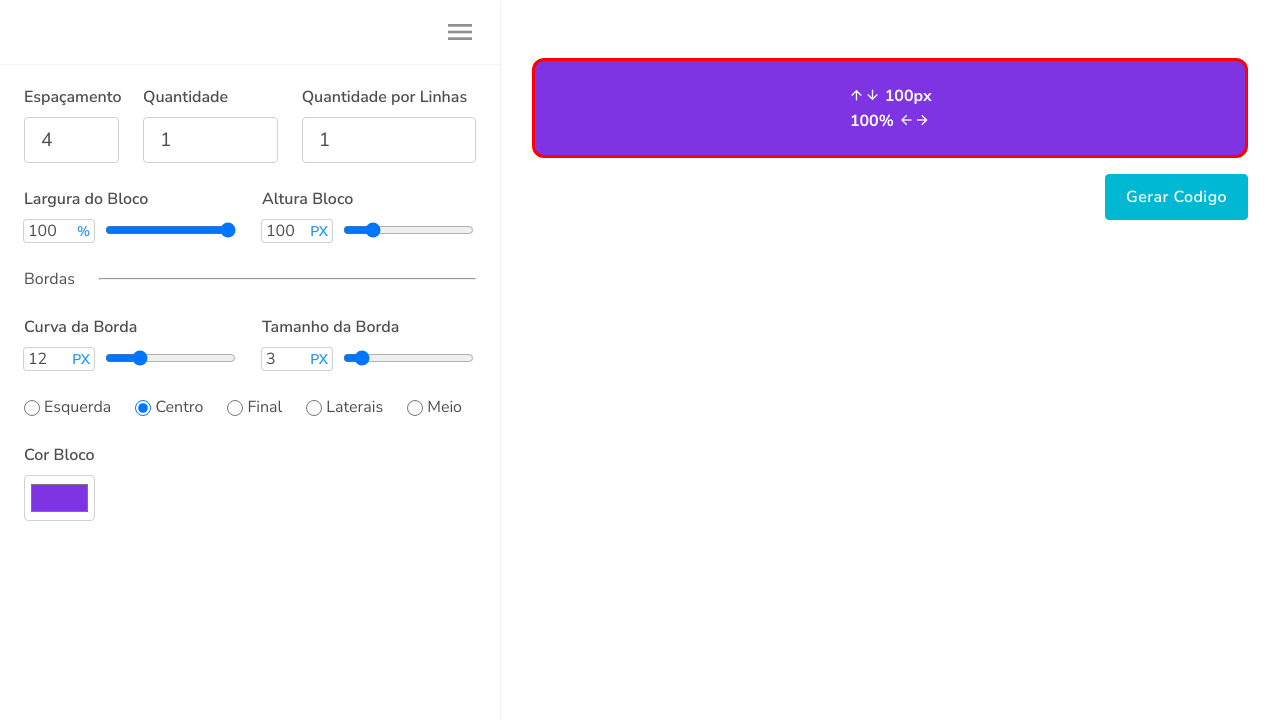
Repository: Flintdl/lowcode-elements
Page: /
An editor plug-in stored every save of this project. The page is shown before and after the next save, followed by the edit.
The browser window is 1280 px wide. The pictures show the whole page.
The project was rebuilt for these pictures with package versions that can differ from the ones it lists, and the page was loaded fresh each time. Also part of the build but not shown: vue.config.js.

Above is the page before, as saved 2022-04-05 14:48:31.

### src/components/Menu/MenuTemplate.vue
<template>
  <div>
    <div
      class="ham burger-link-mobile sf-display-flex sf-display-md-none"
      @click="menu"
    >
      <i class="mdi mdi-menu sf-text-xlg sf-text-muted sf-dropdown-action"></i>
    </div>
    <nav class="sf-menu">
      <div class="sf-menu-header">
        <div
          @click="menu"
          class="hamburger-link sf-display-none sf-display-md-block"
        >
          <i
            class="mdi mdi-menu sf-text-xlg sf-text-muted sf-dropdown-action"
          ></i>
        </div>
      </div>
      <div class="sf-menu-body">
        <ul class="sf-menu-ul">
          <li class="sf-menu-li sf-px-4">
            <div class="sf-row">
              <InputGapTemplate
                :valorInput="inputGap"
                v-on:callback="getValorCampo"
              />
              <InputQuantidadeTemplate
                :valorInput="inputQuantidade"
                v-on:callback="getValorCampoQuantidade"
              />
              <InputQuantLinhasTemplate
                :valorInput="inputQuantidadeLinha"
                v-on:callback="getValorCampoQuantidadeLinha"
              />
              <InputLarguraBloco
                :valorInput="inputRange"
                v-on:callback="getValorLarguraBloco"
              />
              <InputAlturaBloco
                :valorInput="valorHeight"
                v-on:callback="getValorAlturaBloco"
              />
            </div>
            <div class="sf-row">
              <div class="sf-col-12 sf-form-group">
                <span class="sf-display-flex sf-align-items-center">
                  Bordas
                  <hr class="sf-width-100 sf-ml-4" />
                </span>
              </div>
              <InputBorderRadiusBloco
                :valorInput="inputBorderRadius"
                v-on:callback="getValorRadiusBloco"
              />
              <InputBorderBloco
                :valorInput="inputBorder"
                v-on:callback="getValorBorderBloco"
              />
            </div>

            <InputPosicaoBloco
              :valorInput="checkValue"
              v-on:callback="getValorPosicaoBloco"
            />
            <div class="sf-row">
              <div class="sf-col-auto sf-form-group">
                <label class="sf-label">Cor Bloco</label>
                <input
                  type="color"
                  id="inputColor"
                  v-model="inputColor"
                  class="sf-p-1 sf-text-capitalize"
                  placeholder="Quantidade de Blocos"
                />
              </div>
            </div>
          </li>
        </ul>
      </div>
    </nav>
    <div class="sf-content-page">
      <HomeView
        :valor="inputRange"
        :inputGap="inputGap"
        :valorHeight="valorHeight"
        :quantidade="parseInt(inputQuantidade)"
        :quantidadeLinha="inputQuantidadeLinha"
        :inputBorderRadius="inputBorderRadius"
        :checkValue="checkValue"
        :inputColor="inputColor"
        :inputBorder="inputBorder"
      />
    </div>
    <div class="ga-mascara-fundo" @click="mask"></div>
  </div>
</template>

<script>
import HomeView from "@/views/HomeView.vue";
import InputGapTemplate from "@/components/templates/InputGapTemplate.vue";
import InputQuantidadeTemplate from "@/components/templates/InputQuantidadeTemplate.vue";
import InputQuantLinhasTemplate from "@/components/templates/InputQuantLinhasTemplate.vue";
import InputLarguraBloco from "@/components/templates/InputLarguraBloco.vue";
import InputAlturaBloco from "@/components/templates/InputAlturaBloco.vue";
import InputBorderRadiusBloco from "@/components/templates/InputBorderRadiusBloco.vue";
import InputBorderBloco from "@/components/templates/InputBorderBloco.vue";
import InputPosicaoBloco from "@/components/templates/InputPosicaoBloco.vue";
import image from "@/assets/logo-soften.webp";

export default {
  name: "MenuTemplate",
  data: function () {
    return {
      inputQuantidade: (this.inputQuantidade = "1"),
      inputQuantidadeLinha: (this.inputQuantidadeLinha = "1"),
      inputBorderRadius: (this.inputBorderRadius = "12"),
      inputRange: (this.inputRange = "100"),
      valorHeight: (this.valorHeight = "100"),
      inputGap: (this.inputGap = "4"),
      checkValue: (this.checkValue = "center"),
      inputColor: (this.inputColor = "#7e34e3"),
      inputBorder: (this.inputBorder = "3"),
      image: image,
    };
  },
  components: {
    HomeView,
    InputGapTemplate,
    InputQuantidadeTemplate,
    InputQuantLinhasTemplate,
    InputLarguraBloco,
    InputAlturaBloco,
    InputPosicaoBloco,
    InputBorderRadiusBloco,
    InputBorderBloco,
  },
  beforeMount() {
    if (window.innerWidth >= 768) {
      if (localStorage.getItem("menu") === "fechado") {
        document.body.classList.add("menu-fechado");
      } else {
        document.body.classList.remove("menu-fechado");
      }
    }

    (function () {
      var current = window.location.pathname.split("")[0];
      if (current === "") return;
      var menuItems = document.querySelectorAll(".sf-menu-list-link");
      for (var i = 0, len = menuItems.length; i < len; i++) {
        if (menuItems[i].getAttribute("href").indexOf(current) !== -1) {
          menuItems[i].className += " active-nolink";
          menuItems[i].nextElementSibling.className += " active-nolink";
        }
      }
    })();
  },
  methods: {
    menu() {
      if (window.innerWidth >= 768) {
        document.body.classList.toggle("menu-fechado");
        if (document.body.classList.contains("menu-fechado")) {
          localStorage.setItem("menu", "fechado");
        } else {
          localStorage.removeItem("menu");
        }
      } else {
        document.body.classList.toggle("menu-mobile-aberto");
      }
    },
    mask() {
      document.body.classList.remove("menu-mobile-aberto");
    },
    getValorCampo(valor) {
      this.inputGap = valor;
    },
    getValorCampoQuantidade(valor) {
      this.inputQuantidade = valor;
    },
    getValorCampoQuantidadeLinha(valor) {
      this.inputQuantidadeLinha = valor;
    },
    getValorLarguraBloco(valor) {
      this.inputRange = valor;
    },
    getValorAlturaBloco(valor) {
      this.valorHeight = valor;
    },
    getValorRadiusBloco(valor) {
      this.inputBorderRadius = valor;
    },
    getValorBorderBloco(valor) {
      this.inputBorder = valor;
    },
    getValorPosicaoBloco(valor) {
      this.checkValue = valor;
    },
  },
};

// function dropdown(menu) {
//   var dropdowns = document.getElementsByClassName("sf-dropdown-menu");
//   var i;
//   for (i = 0; i < dropdowns.length; i++) {
//     var openDropdown = dropdowns[i];
//     if (openDropdown.classList.contains("show")) {
//       openDropdown.classList.remove("show");
//     }
//   }
//   document.querySelector(menu).classList.toggle("show");
// }
</script>

<style lang="scss">
@import "@/assets/scss/style.scss";
@import "@/assets/scss/standard.scss";
@import "@/assets/scss/menu.scss";
</style>

### src/assets/scss/_variables.scss
// Primarys Colors
$standardTextColor: #4d4d4d;

$primaryColor: #8e6dff;
$secondaryColor: #009997;
$buttonDisableColor: #9c9c9c;
$buttonDisableBgColor: #7676764d;

// Menu Colors

$bgMenuColor: #1d1d1d;
$linkMenuColor: #7b8089;
$iconMenuColor: #2a2a2a;
$borderMenuColor: #323232;

// Botão Colors

$btnPrimary: #00b8d4;
$btnPrimaryHover: #0085b0;

// Generics Colors

$whiteColor: #ffffff;
$mutedColor: #8f8f8f;
$cardColor: #f3f4f7;
$cardColorLight: #f9fafc;
$cardColorLightTwo: #f1f5fc;
$greyLight: #d1d1d1;

// Dropdown Colors

$dropdownHeaderColor: #5f5f5f;
$dropdownColor: #ebffff;

// State Colors

$successColor: #3dc661;
$dangerColor: #e7515a;
$warningColor: #e2a03f;
$infoColor: #2196f3;
$defaultColor: #172b4d;
$lightColor: #e0e0e0;

### src/components/templates/InputGapTemplate.vue
<template>
  <div class="sf-col-3 sf-form-group">
    <label class="sf-label">Espaçamento</label>
    <input
      type="number"
      min="1"
      max="12"
      value="2"
      id="inputGap"
      v-model="valor"
      class="filter-states sf-text-capitalize"
      placeholder="Quantidade de Blocos"
    />
  </div>
</template>

<script>
export default {
  props: {
    valorInput: String,
  },
  computed: {
    valor: {
      get() {
        var inp = this.valorInput;
        return inp;
      },
      set(valorInput) {
        this.$emit("callback", valorInput);
      },
    },
  },
};
</script>

<style></style>

### src/components/templates/InputQuantidadeTemplate.vue
<template>
  <div class="sf-col-4 sf-form-group">
    <label class="sf-label">Quantidade</label>
    <input
      type="number"
      value="1"
      id="inputQuantidade"
      v-model="valor"
      class="filter-states sf-text-capitalize"
      placeholder="Quantidade de Blocos"
    />
  </div>
</template>

<script>
export default {
  props: {
    valorInput: String,
  },
  computed: {
    valor: {
      get() {
        var inp = this.valorInput;
        return inp;
      },
      set(valorInput) {
        this.$emit("callback", valorInput);
      },
    },
  },
};
</script>

<style></style>

### src/components/templates/InputQuantLinhasTemplate.vue
<template>
  <div class="sf-col-5 sf-form-group">
    <label class="sf-label">Quantidade por Linhas</label>
    <input
      type="number"
      min="1"
      max="12"
      value="1"
      id="inputQuantidadeLinha"
      v-model="valor"
      class="filter-states sf-text-capitalize"
      placeholder="Quantidade Linha"
    />
  </div>
</template>

<script>
export default {
  props: {
    valorInput: String,
  },
  computed: {
    valor: {
      get() {
        var inp = this.valorInput;
        return inp;
      },
      set(valorInput) {
        this.$emit("callback", valorInput);
      },
    },
  },
};
</script>

<style></style>

### src/components/templates/InputLarguraBloco.vue
<template>
  <div class="sf-col-6 sf-form-group">
    <label class="sf-label">Largura do Bloco</label>
    <div class="sf-input-group">
      <div
        class="sf-input-group-append sf-display-flex sf-justify-content-center"
      >
        <div
          class="sf-display-flex sf-align-items-center sf-justify-content-center sf-border-left-0 sf-border-radius sf-border-radius-left-0 sf-pr-2 sf-text-info sf-font-weight-bold sf-min-80-px"
        >
          <div class="sf-input-group">
            <input
              type="number"
              value="1"
              min="1"
              max="100"
              v-model="valor"
              class="sf-text-md sf-height-fit-content sf-pr-0 sf-pl-1 sf-border-right-0 sf-border-radius-right-0 sf-text-capitalize"
              placeholder="Curva da Borda"
            />
            <div
              class="sf-input-group-append sf-display-flex sf-justify-content-center"
            >
              <div
                class="sf-display-flex sf-align-items-center sf-border sf-justify-content-center sf-border-left-0 sf-border-radius sf-border-radius-left-0 sf-pr-1 sf-text-info sf-font-weight-bold sf-text-sm"
              >
                %
              </div>
            </div>
          </div>
        </div>
      </div>
      <input
        type="range"
        min="10"
        max="100"
        value="10"
        id="inputRange"
        v-model="valor"
        class="sf-px-0 sf-border-right-0 sf-border-radius-right-0 sf-text-capitalize"
      />
    </div>
  </div>
</template>

<script>
export default {
  props: {
    valorInput: String,
  },
  computed: {
    valor: {
      get() {
        var inp = this.valorInput;
        return inp;
      },
      set(valorInput) {
        this.$emit("callback", valorInput);
      },
    },
  },
};
</script>

<style></style>

### src/components/templates/InputAlturaBloco.vue
<template>
  <div class="sf-col-6 sf-form-group">
    <label class="sf-label">Altura Bloco</label>
    <div class="sf-input-group">
      <div
        class="sf-input-group-append sf-display-flex sf-justify-content-center"
      >
        <div
          class="sf-display-flex sf-align-items-center sf-justify-content-center sf-border-left-0 sf-border-radius sf-border-radius-left-0 sf-pr-2 sf-text-info sf-font-weight-bold sf-min-80-px"
        >
          <div class="sf-input-group">
            <input
              type="number"
              value="1"
              min="1"
              max="500"
              v-model="valor"
              class="sf-text-md sf-height-fit-content sf-pr-0 sf-pl-1 sf-border-right-0 sf-border-radius-right-0 sf-text-capitalize"
              placeholder="Curva da Borda"
            />
            <div
              class="sf-input-group-append sf-display-flex sf-justify-content-center"
            >
              <div
                class="sf-display-flex sf-align-items-center sf-border sf-justify-content-center sf-border-left-0 sf-border-radius sf-border-radius-left-0 sf-pr-1 sf-text-info sf-font-weight-bold sf-text-sm"
              >
                PX
              </div>
            </div>
          </div>
        </div>
      </div>
      <input
        type="range"
        min="10"
        max="500"
        id="valorHeight"
        v-model="valor"
        class="sf-px-0 sf-border-right-0 sf-border-radius-right-0 sf-text-capitalize"
      />
    </div>
  </div>
</template>

<script>
export default {
  props: {
    valorInput: String,
  },
  computed: {
    valor: {
      get() {
        var inp = this.valorInput;
        return inp;
      },
      set(valorInput) {
        this.$emit("callback", valorInput);
      },
    },
  },
};
</script>

<style></style>

### src/components/templates/InputBorderRadiusBloco.vue
<template>
  <div class="sf-col-6 sf-form-group">
    <label class="sf-label">Curva da Borda</label>
    <div class="sf-input-group">
      <div
        class="sf-input-group-append sf-display-flex sf-justify-content-center"
      >
        <div
          class="sf-display-flex sf-align-items-center sf-justify-content-center sf-border-left-0 sf-border-radius sf-border-radius-left-0 sf-pr-2 sf-text-info sf-font-weight-bold sf-min-80-px"
        >
          <div class="sf-input-group">
            <input
              type="number"
              value="1"
              min="1"
              max="50"
              v-model="valor"
              class="sf-text-md sf-height-fit-content sf-pr-0 sf-pl-1 sf-border-right-0 sf-border-radius-right-0 sf-text-capitalize"
              placeholder="Curva da Borda"
            />
            <div
              class="sf-input-group-append sf-display-flex sf-justify-content-center"
            >
              <div
                class="sf-display-flex sf-align-items-center sf-border sf-justify-content-center sf-border-left-0 sf-border-radius sf-border-radius-left-0 sf-pr-1 sf-text-info sf-font-weight-bold sf-text-sm"
              >
                PX
              </div>
            </div>
          </div>
        </div>
      </div>
      <input
        type="range"
        value="1"
        min="1"
        max="50"
        id="inputBorderRadius"
        v-model="valor"
        class="sf-px-0 sf-border-right-0 sf-border-radius-right-0 sf-text-capitalize"
        placeholder="Curva da Borda"
      />
    </div>
  </div>
</template>

<script>
export default {
  props: {
    valorInput: String,
  },
  computed: {
    valor: {
      get() {
        var inp = this.valorInput;
        return inp;
      },
      set(valorInput) {
        this.$emit("callback", valorInput);
      },
    },
  },
};
</script>

<style></style>

### src/components/templates/InputBorderBloco.vue
<template>
  <div class="sf-col-6 sf-form-group">
    <label class="sf-label">Tamanho da Borda</label>
    <div class="sf-input-group">
      <div
        class="sf-input-group-append sf-display-flex sf-justify-content-center"
      >
        <div
          class="sf-display-flex sf-align-items-center sf-justify-content-center sf-border-left-0 sf-border-radius sf-border-radius-left-0 sf-pr-2 sf-text-info sf-font-weight-bold sf-min-80-px"
        >
          <div class="sf-input-group">
            <input
              type="number"
              value="1"
              min="1"
              max="50"
              v-model="valor"
              class="sf-text-md sf-height-fit-content sf-pr-0 sf-pl-1 sf-border-right-0 sf-border-radius-right-0 sf-text-capitalize"
              placeholder="Curva da Borda"
            />
            <div
              class="sf-input-group-append sf-display-flex sf-justify-content-center"
            >
              <div
                class="sf-display-flex sf-align-items-center sf-border sf-justify-content-center sf-border-left-0 sf-border-radius sf-border-radius-left-0 sf-pr-1 sf-text-info sf-font-weight-bold sf-text-sm"
              >
                PX
              </div>
            </div>
          </div>
        </div>
      </div>
      <input
        type="range"
        value="1"
        min="1"
        max="24"
        id="inputBorder"
        v-model="valor"
        class="sf-px-0 sf-border-right-0 sf-border-radius-right-0 sf-text-capitalize"
        placeholder="Curva da Borda"
      />
    </div>
  </div>
</template>

<script>
export default {
  props: {
    valorInput: String,
  },
  computed: {
    valor: {
      get() {
        var inp = this.valorInput;
        return inp;
      },
      set(valorInput) {
        this.$emit("callback", valorInput);
      },
    },
  },
};
</script>

<style></style>

### src/components/templates/InputPosicaoBloco.vue
<template>
  <div class="sf-row">
    <div class="sf-col-auto sf-form-group">
      <input
        id="start"
        type="radio"
        name="positionDivs"
        v-model="valor"
        value="start"
        checked
      />
      <label for="start"> Esquerda</label>
    </div>

    <div class="sf-col-auto sf-form-group">
      <input
        type="radio"
        id="center"
        name="positionDivs"
        v-model="valor"
        value="center"
      />
      <label for="center"> Centro</label>
    </div>

    <div class="sf-col-auto sf-form-group">
      <input
        type="radio"
        id="end"
        name="positionDivs"
        v-model="valor"
        value="end"
      />
      <label for="end"> Final</label>
    </div>
    <div class="sf-col-auto sf-form-group">
      <input
        type="radio"
        id="between"
        name="positionDivs"
        v-model="valor"
        value="between"
      />
      <label for="between"> Laterais</label>
    </div>
    <div class="sf-col-auto sf-form-group">
      <input
        type="radio"
        id="around"
        name="positionDivs"
        v-model="valor"
        value="around"
      />
      <label for="around"> Meio</label>
    </div>
  </div>
</template>

<script>
export default {
  props: {
    valorInput: String,
  },
  computed: {
    valor: {
      get() {
        var inp = this.valorInput;
        return inp;
      },
      set(valorInput) {
        this.$emit("callback", valorInput);
      },
    },
  },
};
</script>

<style></style>

### src/components/templates/DivGrid.vue
<template>
  <div class="sf-position-relative sf-overflow-hidden" :style="cssDefinido">
    <span
      class="sf-position-absolute sf-centerAbsolute-xy sf-text-white sf-font-weight-extra-bold sf-text-center"
      :style="tamanho"
    >
      <i
        class="mdi mdi-arrow-up sf-text-md sf-text-white sf-dropdown-action"
      ></i>
      <i
        class="mdi mdi-arrow-down sf-text-md sf-text-white sf-dropdown-action"
      ></i>
      {{ altura }}px <br />

      {{ tamanho }}%
      <i
        class="mdi mdi-arrow-left sf-text-md sf-text-white sf-dropdown-action"
      ></i>
      <i
        class="mdi mdi-arrow-right sf-text-md sf-text-white sf-dropdown-action"
      ></i>
    </span>
  </div>
</template>

<script>
export default {
  props: {
    cssDefinido: Object,
    tamanho: String,
    altura: String,
  },
};
</script>

<style></style>

Loaded but not shown: public/index.html (common file); src/main.js (common file); src/App.vue (common file); src/registerServiceWorker.js (common file); src/router/index.js (common file); src/assets/scss/materialdesignicons.scss (9 lines, source omitted); src/assets/scss/style.scss (4095 lines, source omitted); src/assets/scss/menu.scss (396 lines, source omitted); src/assets/scss/standard.scss (381 lines, source omitted); src/views/HomeView.vue (124 lines, source omitted)

After the next save:
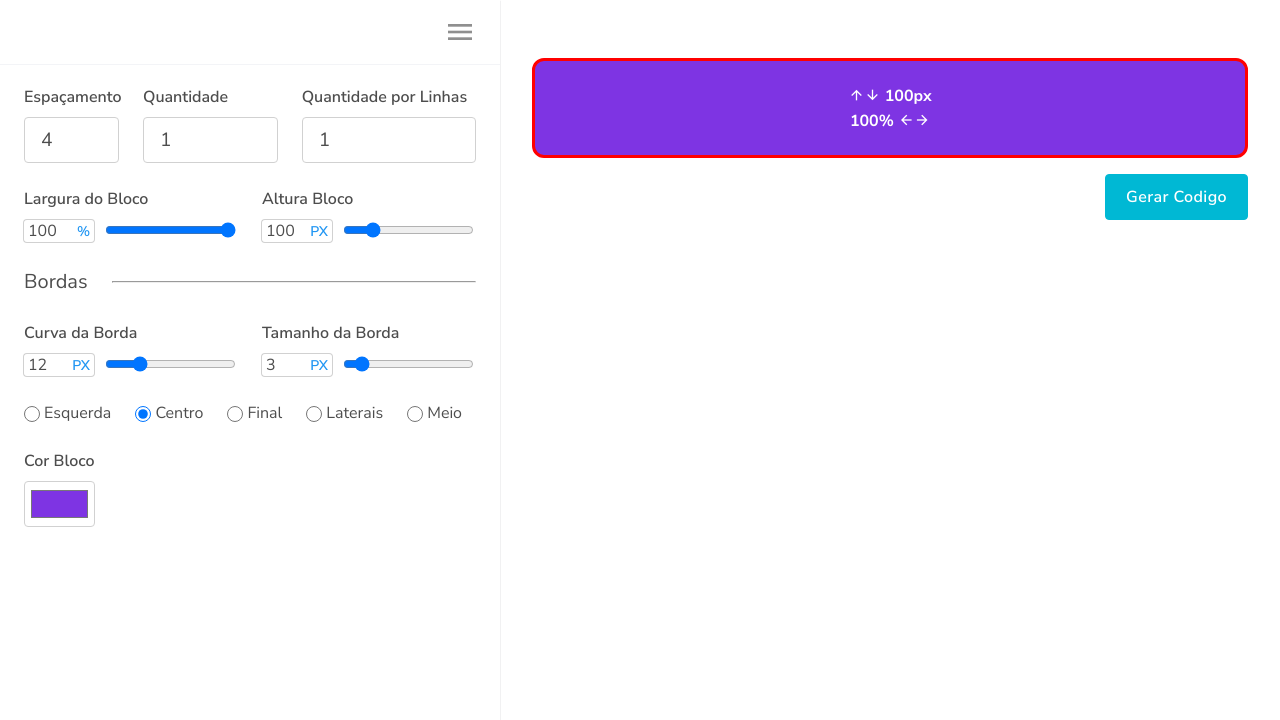
Saved 10 s later.
--- a/src/components/Menu/MenuTemplate.vue
+++ b/src/components/Menu/MenuTemplate.vue
@@ -44,7 +44,7 @@
             </div>
             <div class="sf-row">
               <div class="sf-col-12 sf-form-group">
-                <span class="sf-display-flex sf-align-items-center">
+                <span class="sf-text-lg sf-display-flex sf-align-items-center">
                   Bordas
                   <hr class="sf-width-100 sf-ml-4" />
                 </span>

After the save that followed:
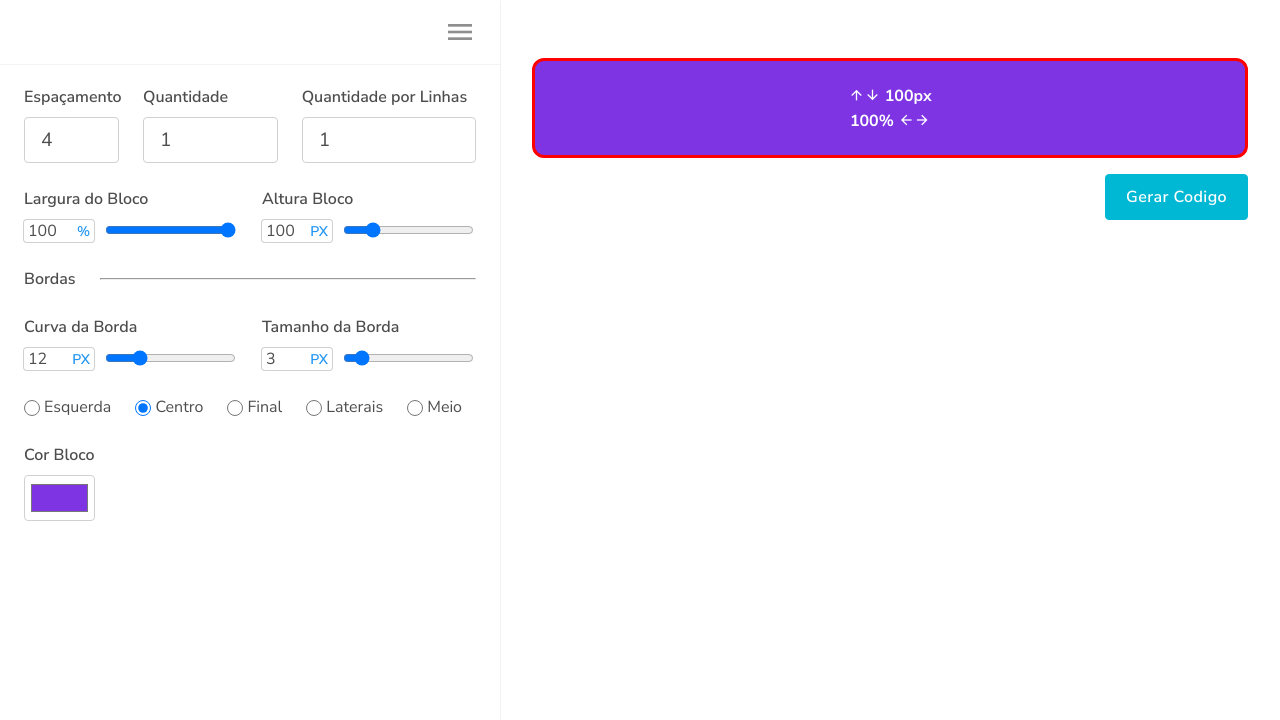
Saved 11 s later.
--- a/src/components/Menu/MenuTemplate.vue
+++ b/src/components/Menu/MenuTemplate.vue
@@ -44,7 +44,9 @@
             </div>
             <div class="sf-row">
               <div class="sf-col-12 sf-form-group">
-                <span class="sf-text-lg sf-display-flex sf-align-items-center">
+                <span
+                  class="sf-text-md sf-font-weight-bold sf-display-flex sf-align-items-center"
+                >
                   Bordas
                   <hr class="sf-width-100 sf-ml-4" />
                 </span>
